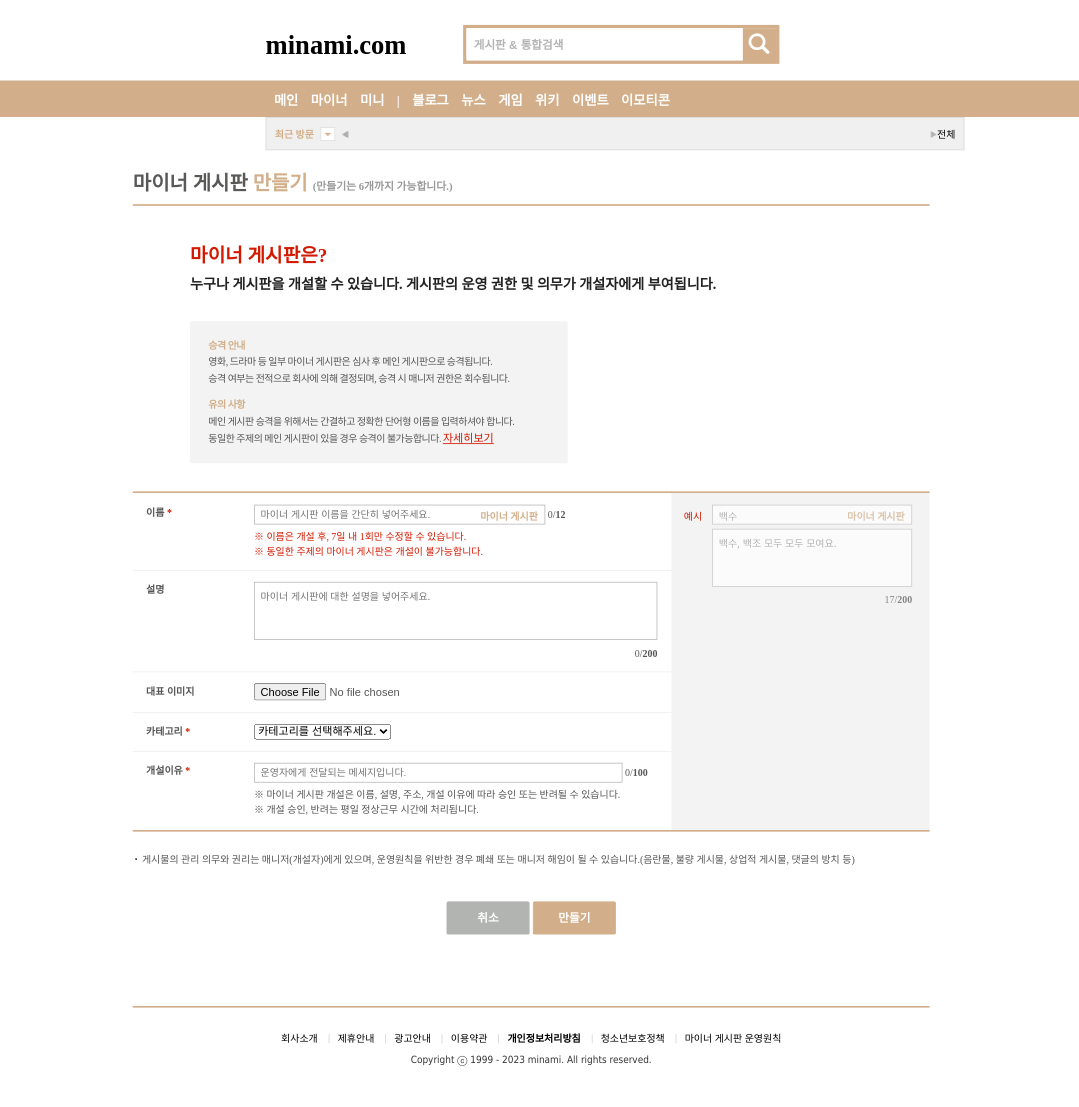
Repository: Minami0717/JSP_Study
Page: http://localhost/JSP_Gall/jsp/createMinorForm.jsp
The author's editor kept a copy of each file at every save. The page is drawn from the files as they stood at one save, then again after the next save.
The browser window is 1280 px wide. The page is 1300 px wide, so the pictures cover 1300 px, including what lies to the right of the window. The pictures show the whole page, at 83% of full size.
The page is served by Tomcat 9. Queries for data that is not in the repository find no rows.

Above is the page before, as saved 2023-02-14 01:19:11.

After the next save:
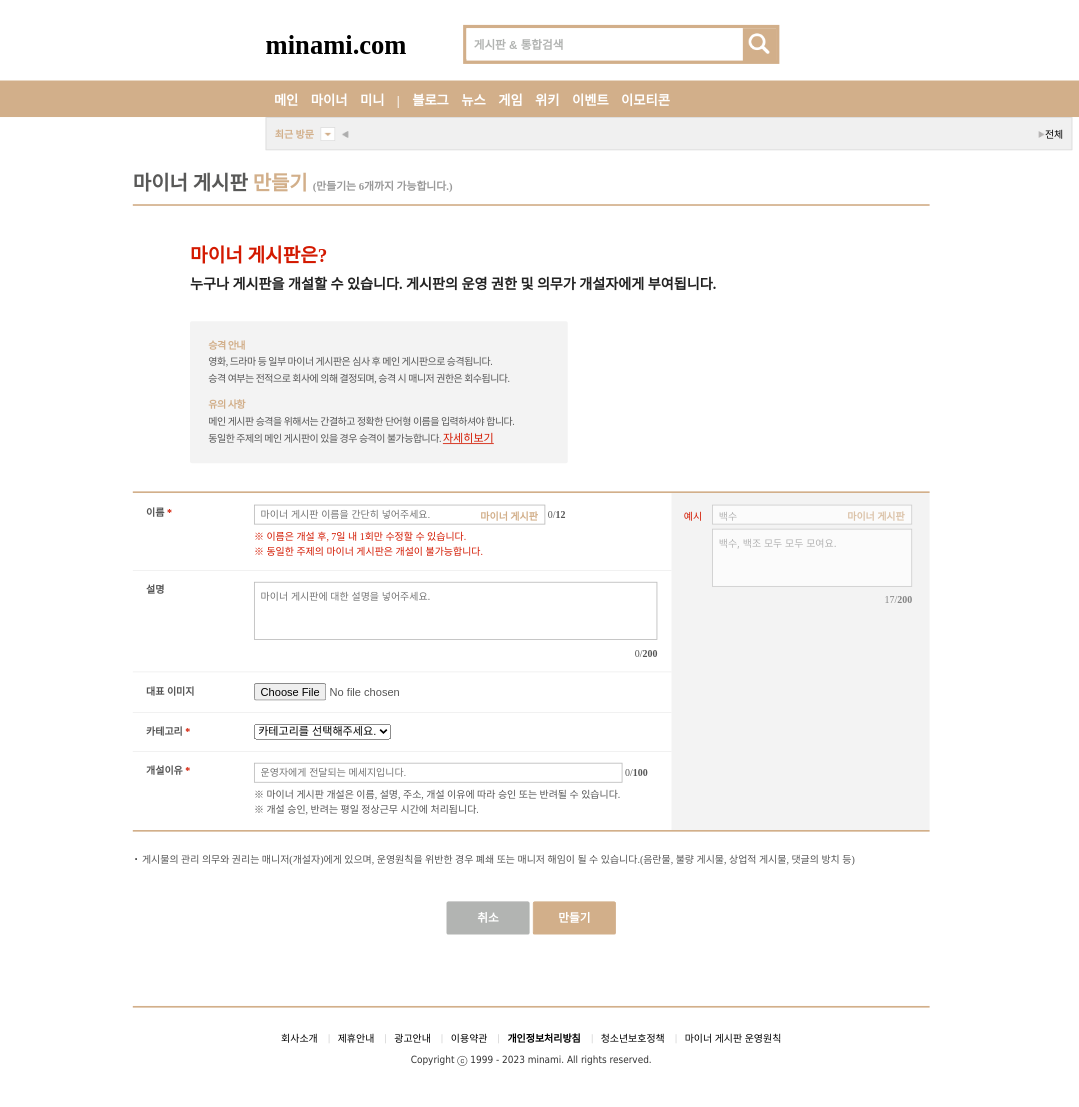
Saved 20 s later.
--- a/JSP_Gall/src/main/webapp/jsp/header.jsp
+++ b/JSP_Gall/src/main/webapp/jsp/header.jsp
@@ -63,7 +63,7 @@
 	#save button img {width: 36px; bottom: 1px; left: 85px;}
 	#save > img {width: 15px; right: 10px; cursor: pointer;}
 
-	#visit {margin-left: 25%; width: 820px; border: 1px solid gainsboro; padding: 10px; font-size: 12px; color: #d2af8a; font-weight: bold; background-color: rgb(240, 240, 240);}
+	#visit {margin-left: 25%; width: 950px; border: 1px solid gainsboro; padding: 10px; font-size: 12px; color: #d2af8a; font-weight: bold; background-color: rgb(240, 240, 240);}
     #visit img {height: 8px; cursor: pointer;}
     #visit button {background-color: white; padding: 0 4px; border: 1px solid gainsboro; margin: 0 5px; cursor: pointer;}
     #visit li,#visit ul {display: inline;}
